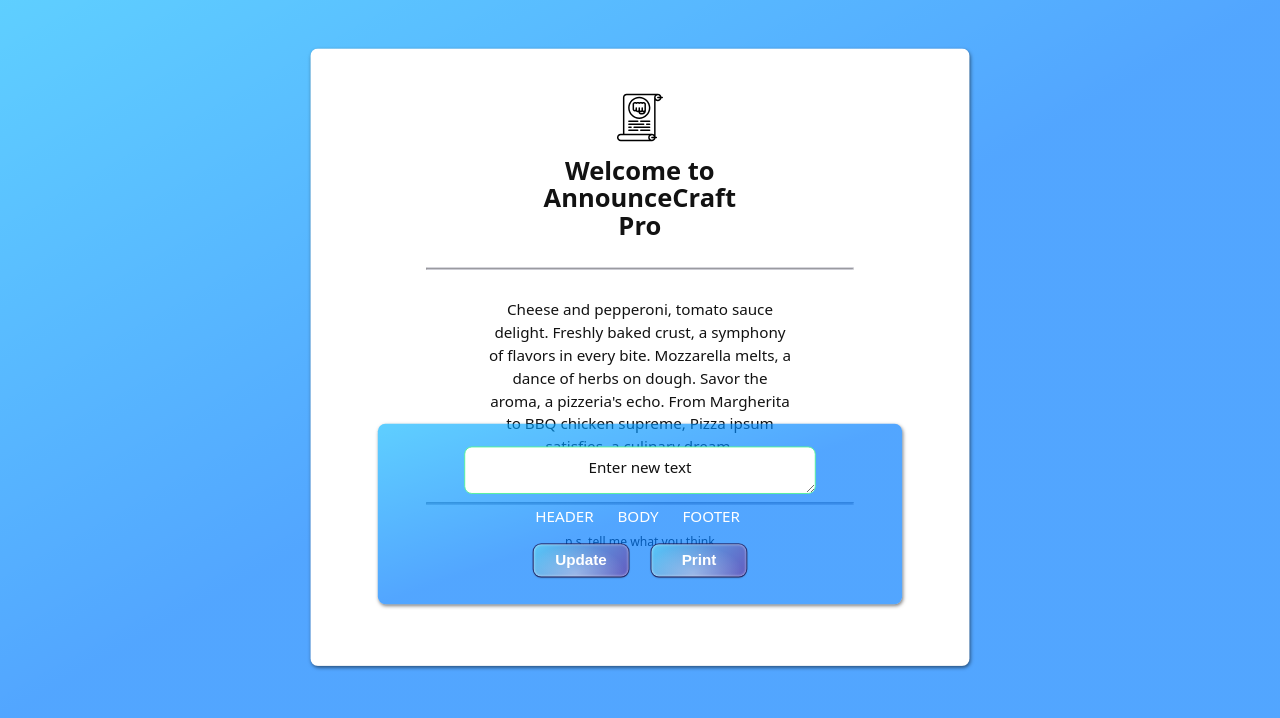
Repository: Freezler/AnnounceCraft
Page: index.html
These files come from the project's save history. The page is drawn as it stood at one moment and after a run of saves; the edit follows.
The browser window is 1280 px wide. The pictures show the whole page.

Above is the page before, as saved 2024-01-22 21:23:24.

### index.html
<!DOCTYPE html>
<html lang="en">

<head>
	<meta charset="UTF-8" />
	<meta name="viewport" content="width=device-width, initial-scale=1.0" />
	<title>Paper Announcement App</title>
	<link rel="stylesheet" href="style.css" />
</head>

<body>
	<section id="shopping-list">

		<div class="content">
			<svg xmlns="http://www.w3.org/2000/svg" xmlns:xlink="http://www.w3.org/1999/xlink" version="1.1" x="0"
				y="0px" viewBox="0 0 64 80" enable-background="new 0 0 64 64" xml:space="preserve">
				<g>
					<path
						d="M6,64h42c2.414,0,4.435-1.721,4.898-4H54c0.553,0,1-0.447,1-1s-0.447-1-1-1h-1V8.975C53.838,9.609,54.87,10,56,10   c2.414,0,4.435-1.721,4.898-4H62c0.553,0,1-0.447,1-1s-0.447-1-1-1h-1.102C60.435,1.721,58.414,0,56,0H14c-2.757,0-5,2.243-5,5v49   H6c-2.757,0-5,2.243-5,5S3.243,64,6,64z M48,62c-1.654,0-3-1.346-3-3s1.346-3,3-3c1.302,0,2.401,0.839,2.815,2H48   c-0.553,0-1,0.447-1,1s0.447,1,1,1h2.815C50.401,61.161,49.302,62,48,62z M58.815,4H56c-0.553,0-1,0.447-1,1s0.447,1,1,1h2.815   C58.401,7.161,57.302,8,56,8c-1.654,0-3-1.346-3-3s1.346-3,3-3C57.302,2,58.401,2.839,58.815,4z M11,5c0-1.654,1.346-3,3-3h38.025   C51.391,2.838,51,3.87,51,5v50.025C50.162,54.391,49.13,54,48,54H11V5z M6,56h38.025C43.391,56.838,43,57.87,43,59   s0.391,2.162,1.025,3H6c-1.654,0-3-1.346-3-3S4.346,56,6,56z" />
					<path
						d="M45,40.008h-4c-0.553,0-1,0.447-1,1s0.447,1,1,1h4c0.553,0,1-0.447,1-1S45.553,40.008,45,40.008z" />
					<path
						d="M17,42.008h20c0.553,0,1-0.447,1-1s-0.447-1-1-1H17c-0.553,0-1,0.447-1,1S16.447,42.008,17,42.008z" />
					<path
						d="M45,44.008H24c-0.553,0-1,0.447-1,1s0.447,1,1,1h21c0.553,0,1-0.447,1-1S45.553,44.008,45,44.008z" />
					<path
						d="M17,46.008h3c0.553,0,1-0.447,1-1s-0.447-1-1-1h-3c-0.553,0-1,0.447-1,1S16.447,46.008,17,46.008z" />
					<path
						d="M17,38.008h12c0.553,0,1-0.447,1-1s-0.447-1-1-1H17c-0.553,0-1,0.447-1,1S16.447,38.008,17,38.008z" />
					<path
						d="M45,36.008H33c-0.553,0-1,0.447-1,1s0.447,1,1,1h12c0.553,0,1-0.447,1-1S45.553,36.008,45,36.008z" />
					<path
						d="M29,48.008H17c-0.553,0-1,0.447-1,1s0.447,1,1,1h12c0.553,0,1-0.447,1-1S29.553,48.008,29,48.008z" />
					<path
						d="M45,48.008H33c-0.553,0-1,0.447-1,1s0.447,1,1,1h12c0.553,0,1-0.447,1-1S45.553,48.008,45,48.008z" />
					<path
						d="M40.001,14.006c0-1.654-1.346-3-3-3c-0.003,0-0.005,0.002-0.007,0.002c-0.703,0.001-1.389,0.19-1.993,0.545   c-1.213-0.711-2.787-0.711-4,0c-1.213-0.711-2.787-0.711-4,0c-0.604-0.354-1.29-0.544-1.993-0.545   c-0.002,0-0.004-0.002-0.007-0.002c-1.654,0-3,1.346-3,3v7.002c0,1.654,1.346,3,3,3c0.537,0,1.034-0.153,1.471-0.401   c0.532,0.84,1.464,1.402,2.529,1.402c0.36,0,0.7-0.074,1.021-0.19c-0.004,0.064-0.021,0.126-0.021,0.191c0,1.654,1.346,3,3,3h1.989   c0.004,0,0.006,0.002,0.01,0.002c2.76,0,5.006-2.246,5.006-5.006c0-0.009-0.005-0.016-0.005-0.024V14.006z M29.001,23.009   c-0.552,0-1-0.448-1-1v-3.003c0-0.553-0.447-1-1-1s-1,0.447-1,1v2.002c0,0.552-0.448,1-1,1s-1-0.448-1-1v-7.002   c0-0.551,0.447-0.998,0.997-1c0.001,0,0.002,0.001,0.003,0.001c0.485,0,0.957,0.186,1.331,0.521c0.379,0.342,0.959,0.342,1.338,0   c0.748-0.672,1.914-0.672,2.662,0c0.379,0.342,0.959,0.342,1.338,0c0.748-0.672,1.914-0.672,2.662,0   c0.189,0.171,0.43,0.257,0.669,0.257s0.479-0.086,0.669-0.257c0.374-0.336,0.846-0.521,1.331-0.521   c0.001,0,0.002-0.001,0.003-0.001c0.55,0.002,0.997,0.449,0.997,1v8.003c0,0.552-0.448,1-1,1s-1-0.448-1-1v-3.003   c0-0.553-0.447-1-1-1s-1,0.447-1,1v3.003c0,0.552-0.448,1-1,1s-1-0.448-1-1v-3.003c0-0.553-0.447-1-1-1s-1,0.447-1,1v3.003   C30.001,22.561,29.553,23.009,29.001,23.009z M35.007,26.011c-0.003,0-0.005-0.001-0.007-0.001h-1.999c-0.552,0-1-0.448-1-1   c0-0.061,0.026-0.115,0.038-0.174c0.304,0.104,0.623,0.173,0.962,0.173c0.771,0,1.468-0.301,2-0.78c0.532,0.479,1.229,0.78,2,0.78   c0.084,0,0.162-0.018,0.244-0.024C36.695,25.607,35.9,26.009,35.007,26.011z" />
					<path
						d="M31,3.998c-8.271,0-15,6.729-15,15s6.729,15,15,15s15-6.729,15-15S39.271,3.998,31,3.998z M31,31.998   c-7.168,0-13-5.832-13-13s5.832-13,13-13s13,5.832,13,13S38.168,31.998,31,31.998z" />
				</g>
			</svg>
			<h1 @click="updateSelectedType('Header'); updateSelectedText(header)">{{ header }}</h1>
			<hr>
			<p @click="updateSelectedType('Body'); updateSelectedText(body)">{{ body }}</p>
			<hr>
			<h4 @click="updateSelectedType('Footer'); updateSelectedText(footer)">{{ footer }}</h4>
		</div>
		<div class="choice-box">
			<textarea v-model="selectedText" type="text" minlength="10" maxlength="400" required
				placeholder="Enter new text"></textarea>

			<div class="radio-container">
				<input class="btn" type="radio" id="header" value="Header" v-model="selectedType"
					@change="updateTempContent">
				<label for="header">HEADER</label>
				<input class="btn" type="radio" id="body" value="Body" v-model="selectedType"
					@change="updateTempContent">
				<label for="body">BODY</label>
				<input class="btn" type="radio" id="footer" value="Footer" v-model="selectedType"
					@change="updateTempContent">
				<label for="footer">FOOTER</label>
				<div class="btn-group">
					<button @click="updateText" class="btn">Update</button>
					<button @click="updateText" class="btn">Print</button>
				</div>

			</div>
		</div>
	</section>
	<script src="https://unpkg.com/vue@3"></script>
	<script src="app.js"></script>
</body>

</html>

### style.css
:root {
    --primary-color: hsla(211, 100%, 50%, 0.678);
    --secondary-color: #6c757d;
    --success-color: #28a745;
    --error-color: #dc3545;
    --oxford-blue: rgb(18, 18, 18);
    --bittersweet: rgb(44, 44, 88);
    --platinum: hsla(174, 11%, 82%, 1);
    --khaki: rgb(118, 143, 230);
    --white: rgb(255, 255, 255);
    --primary: rgb(255, 0, 76);
    --secondary: rgb(0, 255, 76);
    --polkadot-pink: #e6007a;
    --polkadot-purple: #552BBF;
    --polkadot-cyan: hsla(198, 100%, 50%, 0.63);
    --polkadot-lime: #D3FF33;
    --polkadot-green: #56F39A;

    /* Fonts */
    --main-font: 'system-ui', -apple-system, BlinkMacSystemFont, 'Segoe UI', Roboto, Oxygen, Ubuntu, Cantarell, 'Open Sans', 'Helvetica Neue', sans-serif;
    --heading-font: 'Roboto', sans-serif;

    /* Spacing */
    --spacing-small: 8px;
    --spacing-medium: 16px;
    --spacing-large: 24px;

    /* Breakpoints */
    --tablet-breakpoint: 768px;
    --desktop-breakpoint: 1024px;

    /* Other Variables */
    --border-radius: 4px;
    --box-shadow: 1px 2px 4px rgba(0, 0, 0, 0.5);
    --radius: 8px;

    /* Typography */
    --heading-font-size: 24px;
    --heading-line-height: 1.2;
    --paragraph-font-size: 16px;
    --paragraph-line-height: 1.5;
    --paragraph-max-width: 35ch;

    scale: 0.95;
}

body {
    margin: 0;
    padding: 0;
    font-family: var(--main-font);
    background-image: linear-gradient(to bottom right, var(--polkadot-cyan) 0%, var(--primary-color) 50%);
    color: var(--oxford-blue);
    text-align: center;
    height: 100vh;
    display: flex;
    flex-direction: column;
    align-items: center;

}

section {
    margin: 2rem;
    height: 90%;
    border: 1px solid transparent;
    border-radius: var(--radius);
    padding: 0;
    max-width: 54vw;
    background-color: var(--white);
    text-align: center;
    position: absolute;
    box-shadow: var(--box-shadow);
    filter-drop-shadow: 0 0 0 1px var(--oxford-blue);
}

h1 {
    font-size: clamp(0.9rem, 2vw, 2rem);
    line-height: 1.1;

    width: 15ch;
    margin: 1rem auto 0;
    word-wrap: pretty;
    transform: scale(1.05);
}

h1:hover {


    color: var(--polkadot-lime);
    transition: color 5s cubic-bezier(0.215, 0.610, 0.355, 1);
    text-align: center;

    padding: 0;
}

h4 {
    font-size: clamp(0.3rem, 2vw, 0.8rem);
    font-weight: 100;
    width: 35ch;
    vertical-align: middle;
    margin: 0 auto;
    padding-bottom: 24px;
    text-align: center;
    word-wrap: balanced;
}

p {
    font-size: clamp(0.6rem, 2vw, 1rem);
    line-height: 1.6;
    width: 35ch;
    line-height: 1.5;
    margin: 0 auto;
    padding: 0px 0px 1rem;
    text-wrap: balance;
    text-align: center;
}

hr {
    background-color: var(--bittersweet);
    width: 35vw;

    align-self: center;

}

label {
    display: block;
    color: var(--white);
}

.radio-container input[type="radio"] {
    display: none;

}

.radio-container input[type="radio"]:hover {
    background: #b984e86e;

}

.radio-container input[type="radio"]+label {
    display: inline-block;
    padding: 5px 10px;
    border-radius: var(--radius);
    margin-right: 5px;
    cursor: pointer;
}

.radio-container input[type="radio"]:checked+label {
    color: var(--white);
    font-weight: 700;
    text-transform: uppercase;
    background: var(--primary);
    filter: brightness(1.)
}

.content {
    display: flex;
    flex-direction: column;
    gap: clamp(1.4rem, 1vw, 2rem);
    width: 54vw;
    text-wrap: balance;
    padding: 5rem 0 4rem;
    margin-top: 1.2rem;
}

svg {
    position: absolute;
    top: 2.4rem;
    left: calc(50% - 25px);
    width: 50px;
    height: 80px;
    padding-bottom: 1rem;

}

.choice-box {
    position: absolute;
    bottom: 2rem;

    opacity: 1;

    background-image: linear-gradient(to bottom right, var(--polkadot-cyan) 0%, var(--primary-color) 50%);
    display: flex;
    flex-direction: column;
    gap: 8px;
    justify-content: center;
    align-items: center;
    break-before: always;
    left: 0rem;
    right: 0;
    padding: 0.8rem 0 0.8rem;

    border-radius: var(--radius);
    padding-top: 24px;
    padding-bottom: 16px;
    margin: 2rem auto;

    box-shadow: var(--box-shadow), 0px 3px 5px -19px var(--oxford-blue);
    max-width: 80%;

    textarea {
        width: 66%;
        color: var(--oxford-blue);
        background-color: var(--white);
        border: 1px solid var(--polkadot-green);
        border-radius: var(--radius);
        font-size: 16px;
        font-family: system-ui, -apple-system, BlinkMacSystemFont, 'Segoe UI', Roboto, Oxygen, Ubuntu, Cantarell, 'Open Sans', 'Helvetica Neue', sans-serif;
        margin: 0 auto;

        text-align: center;
        justify-content: baseline;
        overflow: hidden;
        outline: none;
        vertical-align: middle;

        &::placeholder {
            color: var(--oxford-blue);
            text-align: center;
            justify-content: baseline;
            padding-top: 0.5rem;
        }

        &:focus {
            border-color: var(--white);
            box-shadow: 0 0 0 0.1rem var(--primary);
            text-align: center;


        }

        &::invalid {
            background-color: var(--secondary);
        }
    }
}

/*  */

.btn:hover {
    background: var(--bittersweet);
    color: var();
    text-decoration: none;
}

.btn-group {
    display: grid;
    grid-template-columns: 1fr 1fr;
    gap: 8px;
    justify-content: center;
    place-items: center;
}


/* CSS */

.btn {
    margin: 0.8rem 0.3rem;
    padding: 8px 12px;
    border: 0;
    font-size: 16px;
    transition: all 150ms ease-in-out;
    width: 100px;
    border-radius: 8px;
    box-shadow: rgba(255, 255, 255, 0.2) 0px 1px 0px 0px inset, rgba(0, 0, 0, 0.07) 0 1px 1px, rgba(0, 0, 0, 0.07) 0 2px 2px, rgba(0, 0, 0, 0.07) 0 4px 4px;
    font-weight: 600;
    color: #fff;
    box-shadow: rgba(32, 27, 92, 0.8) 0px 0px 0px 1px, rgba(255, 255, 255, 0.7) 0 0 3px 0 inset, 0 1px 2px 0 rgba(0, 0, 0, .5);
    background-image: radial-gradient(53% 87% at 44% 90%, rgba(255, 255, 255, 0.36) 0%, transparent 100%), linear-gradient(130deg, var(--polkadot-cyan) 0%, #635cc0 100%);
}


.btn:hover {
    background: var(--primary);
    filter: brightness(1.)
}



.btn:active {
    transform: scale(.95);
}

### app.js

const PaperAnnouncement = Vue.createApp({
    /**
     * Returns an object with header, body, footer, selectedText, selectedType, and tempContent properties.
     *
     * @return {Object} The object containing header, body, footer, selectedText, selectedType, and tempContent properties.
     */
    data() {
        return {
            header: "Welcome to AnnounceCraft Pro",
            body: "Cheese and pepperoni, tomato sauce delight. Freshly baked crust, a symphony of flavors in every bite. Mozzarella melts, a dance of herbs on dough. Savor the aroma, a pizzeria's echo. From Margherita to BBQ chicken supreme, Pizza ipsum satisfies, a culinary dream.",
            footer: "p.s. tell me what you think",
            selectedText: "",
            selectedType: "",
            tempContent: { type: "", text: "" }
        };
    },
    methods: {
        /**
         * Updates the temporary content based on the selected type and text.
         */
        updateTempContent() {
            if (this.selectedText === "") {
                this.selectedType = "";
                alert("Please enter text first");
            } else {
                if (this.selectedType !== undefined) {
                    this.tempContent.type = this.selectedType;
                }
                if (this.selectedText !== undefined) {
                    this.tempContent.text = this.selectedText;
                }
            }
        },

        /**
         * Updates the header, body, and footer based on the type and text from this.tempContent.
         */
        updateText() {
            const { type, text } = this.tempContent;
            if (type === "Header") {
                this.header = text;
            }
            if (type === "Body") {
                this.body = text;
            }
            if (type === "Footer") {
                this.footer = text;
            }
            this.selectedType = "";
            this.selectedText = "";
        }
    }

}).mount("#shopping-list");

After the next 2 saves:
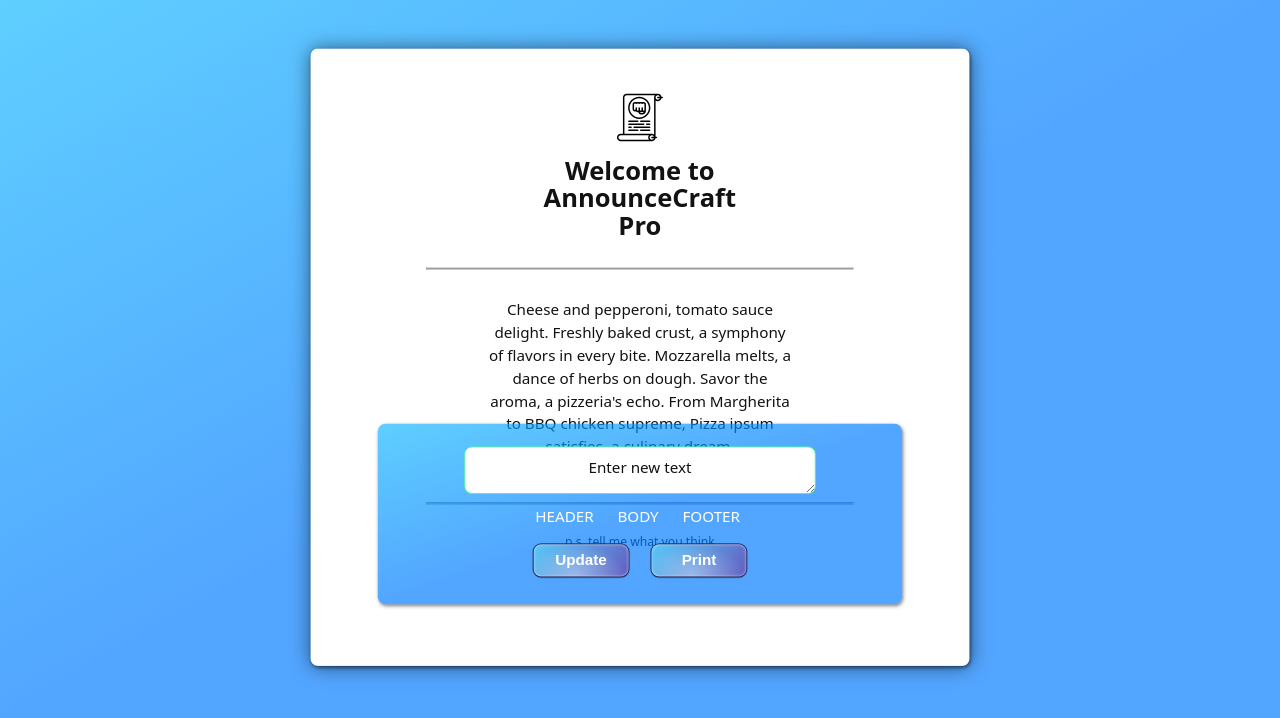
The 2 saves are shown as one change because they came seconds apart.
The last was saved 81 s later.
--- a/style.css
+++ b/style.css
@@ -69,7 +69,8 @@ section {
     text-align: center;
     position: absolute;
     box-shadow: var(--box-shadow);
-    filter-drop-shadow: 0 0 0 1px var(--oxford-blue);
+    filter: drop-shadow(0px 0px 10px rgba(0,0,0,.5));
+
 }
 
 h1 {
